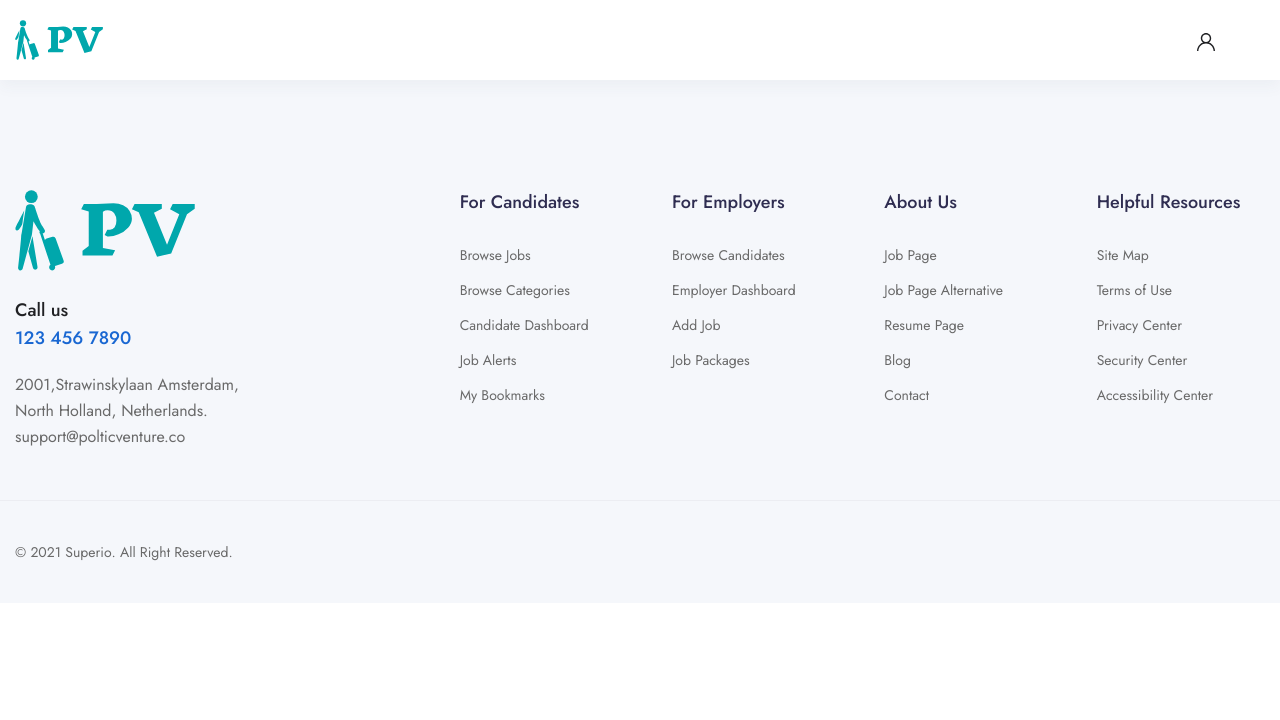
Repository: greatchriz/job
Page: http://localhost/about-us
These files come from the project's save history. The page is drawn as it stood at one moment and after the next save; the edit follows.
The browser window is 1280 px wide. The pictures show the whole page.
The page is served by the project's Laravel application, run on PHP 8.4 with Laravel 10. Other server files are loaded and not shown.

Above is the page before, as saved 2023-12-13 11:33:08.

### app/Providers/AppServiceProvider.php
<?php

namespace App\Providers;

use Illuminate\Support\ServiceProvider;
use Illuminate\Support\Facades\Schema;


class AppServiceProvider extends ServiceProvider
{
    /**
     * Register any application services.
     */
    public function register(): void
    {
        //
    }

    /**
     * Bootstrap any application services.
     */
    public function boot(): void
    {
        // Schema::defaultStringLength(191);
    }
}

### routes/web.php
<?php

use Illuminate\Support\Facades\Route;
use Illuminate\Support\Str;


/*
|--------------------------------------------------------------------------
| Web Routes
|--------------------------------------------------------------------------
|
| Here is where you can register web routes for your application. These
| routes are loaded by the RouteServiceProvider and all of them will
| be assigned to the "web" middleware group. Make something great!
|
*/

// Home
// About Us
// Services
// Terms & Conditions
// Privacy Policy
// Blog
// Contact Us
//

Route::get('/', [\App\Http\Controllers\MainPageController::class, 'home'])->name('home');

Route::get('/about-us', [\App\Http\Controllers\MainPageController::class, 'aboutUs'])->name('about-us');

Route::get('/services', [\App\Http\Controllers\MainPageController::class, 'services'])->name('services');

Route::get('/terms', [\App\Http\Controllers\MainPageController::class, 'terms'])->name('terms');

Route::get('/privacy-policy', [\App\Http\Controllers\MainPageController::class, 'privacyPolicy'])->name('privacy-policy');

Route::get('/blog', [\App\Http\Controllers\MainPageController::class, 'blog'])->name('blog');

Route::get('/contact-us', [\App\Http\Controllers\MainPageController::class, 'contactUs'])->name('contact-us');

Route::middleware([
    'auth:sanctum',
    config('jetstream.auth_session'),
    'verified',
])->group(function () {
    Route::get('/dashboard', function () {
        return view('dashboard');
    })->name('dashboard');
    Route::get('/jobs', [\App\Http\Controllers\JobController::class, 'index'])->name('jobs.index');
    Route::get('/jobs/{job}', [\App\Http\Controllers\JobController::class, 'show'])->name('jobs.show');

    Route::post('/job-applications', [\App\Http\Controllers\JobApplicationController::class, 'store'])->name('job-applications.store');

    Route::get('/admin/job-applications', [\App\Http\Controllers\AdminController::class, 'jobApplications'])->name('admin.job-applications');

    //form-inputs route
    Route::get('/admin/form-inputs', [\App\Http\Controllers\AdminController::class, 'formInputs'])->name('admin.form-inputs');

    //form-input edit route
    Route::get('/admin/form-inputs/{formInput}/edit', [\App\Http\Controllers\AdminController::class, 'formInputsEdit'])->name('admin.form-inputs.edit');

    Route::put('/admin/form-inputs/{formInput}/update', [\App\Http\Controllers\AdminController::class, 'formInputsUpdate'])->name('admin.form-inputs.update');

    Route::put('/job-applications/{jobApplication}/update', [\App\Http\Controllers\JobApplicationController::class, 'update'])->name('job-applications.update');

    //visa-apply route
    Route::get('/visa-apply', [\App\Http\Controllers\VisaController::class, 'create'])->name('visa-apply.create');

    Route::post('/visa-apply', [\App\Http\Controllers\VisaController::class, 'store'])->name('visas.store');
});

//get route for file contents










// Route::get('/jobs/create', [\App\Http\Controllers\JobController::class, 'create'])->name('jobs.create');
// Route::post('/jobs', [\App\Http\Controllers\JobController::class, 'store'])->name('jobs.store');
// Route::get('/jobs/{job}', [\App\Http\Controllers\JobController::class, 'show'])->name('jobs.show');
// Route::get('/jobs/{job}/edit', [\App\Http\Controllers\JobController::class, 'edit'])->name('jobs.edit');
// Route::put('/jobs/{job}', [\App\Http\Controllers\JobController::class, 'update'])->name('jobs.update');
// Route::delete('/jobs/{job}', [\App\Http\Controllers\JobController::class, 'destroy'])->name('jobs.destroy');

// apply for a job application


// Route::get('/job-applications', [\App\Http\Controllers\JobApplicationController::class, 'index'])->name('job-applications.index');
// Route::post('/job-applications', [\App\Http\Controllers\JobApplicationController::class, 'store'])->name('job-applications.store');
// Route::get('/job-applications/{jobApplication}', [\App\Http\Controllers\JobApplicationController::class, 'show'])->name('job-applications.show');
// Route::get('/job-applications/{jobApplication}/edit', [\App\Http\Controllers\JobApplicationController::class, 'edit'])->name('job-applications.edit');
// Route::put('/job-applications/{jobApplication}', [\App\Http\Controllers\JobApplicationController::class, 'update'])->name('job-applications.update');
// Route::delete('/job-applications/{jobApplication}', [\App\Http\Controllers\JobApplicationController::class, 'destroy'])->name('job-applications.destroy');

### app/Http/Controllers/MainPageController.php
<?php

namespace App\Http\Controllers;

use Illuminate\Http\Request;

class MainPageController extends Controller
{

    // Home
    // About Us
    // Services
    // Terms & Conditions
    // Privacy Policy
    // Blog
    // Contact Us

    //home

    public function home()
    {
        return view('main-pages.home');
    }

    //about-us

    public function aboutUs()
    {
        return view('main-pages.about-us');
    }

    //services

    public function services()
    {
        return view('main-pages.services');
    }

    //terms

    public function terms()
    {
        return view('main-pages.terms');
    }

    //privacy-policy

    public function privacyPolicy()
    {
        return view('main-pages.privacy-policy');
    }

    //blog

    public function blog()
    {
        return view('main-pages.blog');
    }

    //contact-us

    public function contactUs()
    {
        return view('main-pages.contact-us');
    }
}

### resources/views/main-pages/about-us.blade.php
<x-main-pages.layout>

    {{-- named slots oh header --}}

    @slot('mainHeader')
        <x-main-pages.header class="header-style-four" />

    @endslot

</x-main-pages.layout>

### resources/views/components/main-pages/header.blade.php
<!-- Main Header-->
<!-- create an attribues merge for the class-->

<header {{ $attributes->merge(['class' => 'main-header']) }}>
        <!-- Main box -->
        <div class="main-box">
            <!--Nav Outer -->
            <div class="nav-outer">
                <div class="logo-box">
                    <div class="logo"><a href="/"><img
                                src="/assets/images/header1-logo.svg"
                                height="90px"
                                width="180px"
                                alt=""
                                title=""
                            ></a></div>
                </div>

                <nav class="nav main-menu">
                    <ul
                        class="navigation"
                        id="navbar"
                    >

                        {{--Home
                            Terms & Conditions
                            Privacy Policy
                            Blog
                            Contact Us --}}

                        <x-main-pages.nav-link
                            :current="request()->routeIs('home')"
                            href="{{ route('home') }}"
                            title="Home"
                        />

                        <x-main-pages.nav-link
                            :current="request()->routeIs('about-us')"
                            href="{{ route('about-us') }}"
                            title="About Us"
                        />

                        <x-main-pages.nav-link
                            :current="request()->routeIs('services')"
                            href="{{ route('services') }}"
                            title="Services"
                        />

                        <x-main-pages.nav-link
                            :current="request()->routeIs('terms')"
                            href="{{ route('terms') }}"
                            title="Terms & Conditions"
                        />

                        <x-main-pages.nav-link
                            :current="request()->routeIs('privacy-policy')"
                            href="{{ route('privacy-policy') }}"
                            title="Privacy Policy"
                        />

                        <x-main-pages.nav-link
                            :current="request()->routeIs('blog')"
                            href="{{ route('blog') }}"
                            title="Blog"
                        />

                        <x-main-pages.nav-link
                            :current="request()->routeIs('contact-us')"
                            href="{{ route('contact-us') }}"
                            title="Contact Us"
                        />
                        <!-- Only for Mobile View -->
                        <li class="mm-add-listing">
                            <a
                                href="add-listing.html"
                                class="theme-btn btn-style-one"
                            >Job Post</a>
                            <span>
                                <span class="contact-info">
                                    <span class="phone-num"><span>Call us</span><a href="tel:1234567890">123 456
                                            7890</a></span>
                                    <span class="address">329 Queensberry Street, North Melbourne VIC <br>3051,
                                        Australia.</span>
                                    <a
                                        href="mailto:support@polticventure.co"
                                        class="email"
                                    >support@polticventure.co</a>
                                </span>
                                <span class="social-links">
                                    <a href="#"><span class="fab fa-facebook-f"></span></a>
                                    <a href="#"><span class="fab fa-twitter"></span></a>
                                    <a href="#"><span class="fab fa-instagram"></span></a>
                                    <a href="#"><span class="fab fa-linkedin-in"></span></a>
                                </span>
                            </span>
                        </li>
                    </ul>
                </nav>
                <!-- Main Menu End-->
            </div>

            <div class="outer-box">
                <!-- Login/Register -->
                <div class="btn-box">
                    <a
                        href="login-popup.html"
                        class="theme-btn btn-style-three btn-white-10 call-modal"
                    >Login / Register</a>
                    <a
                        href="dashboard-post-job.html"
                        class="theme-btn btn-style-one btn-white"
                    ><span class="btn-title">Job Post</span></a>
                </div>
            </div>
        </div>

    <!-- Mobile Header -->
    <div class="mobile-header">
        <div class="logo"><a href="/"><img
                    src="/assets/images/header1-logo.svg"
                    alt=""
                    title=""
                ></a></div>

        <!--Nav Box-->
        <div class="nav-outer clearfix">

            <div class="outer-box">
                <!-- Login/Register -->
                <div class="login-box">
                    <a
                        href="login-popup.html"
                        class="call-modal"
                    ><span class="icon-user"></span></a>
                </div>

                <a
                    href="#nav-mobile"
                    class="mobile-nav-toggler navbar-trigger"
                ><span class="flaticon-menu-1"></span></a>
            </div>
        </div>
    </div>

    <!-- Mobile Nav -->
    <div id="nav-mobile"></div>
</header>
<!--End Main Header -->

### resources/views/components/main-pages/nav-link.blade.php
@props(['current', 'href', 'title'])

@php
    $classes = ($current ?? false)
    ? 'current'
    : '';
@endphp

<li {{ $attributes->merge(['class' => $classes]) }}><a href="{{ $href }}">{{ $title }} </a></li>

### public/css/icons.css
@font-face {
  font-family: 'icomoon';
  src:  url('../fonts/icomoon06c8.eot?l8rg88');
  src:  url('../fonts/icomoon06c8.eot?l8rg88#iefix') format('embedded-opentype'),
    url('../fonts/icomoon06c8.ttf?l8rg88') format('truetype'),
    url('../fonts/icomoon06c8.woff?l8rg88') format('woff'),
    url('../fonts/icomoon06c8.svg?l8rg88#icomoon') format('svg');
  font-weight: normal;
  font-style: normal;
  font-display: block;
}

[class^="icon-"], [class*=" icon-"] {
  /* use !important to prevent issues with browser extensions that change fonts */
  font-family: 'icomoon' !important;
  speak: never;
  font-style: normal;
  font-weight: normal;
  font-variant: normal;
  text-transform: none;
  line-height: 1;

  /* Better Font Rendering =========== */
  -webkit-font-smoothing: antialiased;
  -moz-osx-font-smoothing: grayscale;
}

.icon-drawing:before {
  content: "\e903";
}
.icon-process:before {
  content: "\e904";
}
.icon-task:before {
  content: "\e905";
}
.icon-one-finger-click:before {
  content: "\e906";
}
.icon-case:before {
  content: "\e900";
}
.icon-contact:before {
  content: "\e901";
}
.icon-doc:before {
  content: "\e902";
}

### public/css/owl.css
/**
 * Owl Carousel v2.2.0
 * Copyright 2013-2016 David Deutsch
 * Licensed under MIT (https://github.com/OwlCarousel2/OwlCarousel2/blob/master/LICENSE)
 */
/*
 *  Owl Carousel - Core
 */
.owl-carousel {
  display: none;
  width: 100%;
  -webkit-tap-highlight-color: transparent;
  /* position relative and z-index fix webkit rendering fonts issue */
  position: relative;
  z-index: 1; }
  .owl-carousel .owl-stage {
    position: relative;
    -ms-touch-action: pan-Y; }
  .owl-carousel .owl-stage:after {
    content: ".";
    display: block;
    clear: both;
    visibility: hidden;
    line-height: 0;
    height: 0; }
  .owl-carousel .owl-stage-outer {
    position: relative;
    overflow: hidden;
    /* fix for flashing background */
    -webkit-transform: translate3d(0px, 0px, 0px); }
  .owl-carousel .owl-item {
    position: relative;
    min-height: 1px;
    float: left;
    -webkit-backface-visibility: hidden;
    -webkit-tap-highlight-color: transparent;
    -webkit-touch-callout: none; }
  .owl-carousel .owl-item img {
    display: block;
    width: 100%;
    -webkit-transform-style: preserve-3d; }
  .owl-carousel .owl-nav.disabled,
  .owl-carousel .owl-dots.disabled {
    display: none; }
  .owl-carousel .owl-nav .owl-prev,
  .owl-carousel .owl-nav .owl-next,
  .owl-carousel .owl-dot {
    cursor: pointer;
    cursor: hand;
    -webkit-user-select: none;
    -khtml-user-select: none;
    -moz-user-select: none;
    -ms-user-select: none;
    user-select: none; }
  .owl-carousel.owl-loaded {
    display: block; }
  .owl-carousel.owl-loading {
    opacity: 0;
    display: block; }
  .owl-carousel.owl-hidden {
    opacity: 0; }
  .owl-carousel.owl-refresh .owl-item {
    visibility: hidden; }
  .owl-carousel.owl-drag .owl-item {
    -webkit-user-select: none;
    -moz-user-select: none;
    -ms-user-select: none;
    user-select: none; }
  .owl-carousel.owl-grab {
    cursor: move;
    cursor: grab; }
  .owl-carousel.owl-rtl {
    direction: rtl; }
  .owl-carousel.owl-rtl .owl-item {
    float: right; }

/* No Js */
.no-js .owl-carousel {
  display: block; }

/*
 *  Owl Carousel - Animate Plugin
 */
.owl-carousel .animated {
  -webkit-animation-duration: 1000ms;
          animation-duration: 1000ms;
  -webkit-animation-fill-mode: both;
          animation-fill-mode: both; }

.owl-carousel .owl-animated-in {
  z-index: 0; }

.owl-carousel .owl-animated-out {
  z-index: 1; }

.owl-carousel .fadeOut {
  -webkit-animation-name: fadeOut;
          animation-name: fadeOut; }

@-webkit-keyframes fadeOut {
  0% {
    opacity: 1; }
  100% {
    opacity: 0; } }

@keyframes fadeOut {
  0% {
    opacity: 1; }
  100% {
    opacity: 0; } }

/*
 * 	Owl Carousel - Auto Height Plugin
 */
.owl-height {
  transition: height 500ms ease-in-out; }

/*
 * 	Owl Carousel - Lazy Load Plugin
 */
.owl-carousel .owl-item .owl-lazy {
  opacity: 0;
  transition: opacity 400ms ease; }

.owl-carousel .owl-item img.owl-lazy {
  -webkit-transform-style: preserve-3d;
          transform-style: preserve-3d; }

/*
 * 	Owl Carousel - Video Plugin
 */
.owl-carousel .owl-video-wrapper {
  position: relative;
  height: 100%;
  background: #000; }

.owl-carousel .owl-video-play-icon {
  position: absolute;
  height: 80px;
  width: 80px;
  left: 50%;
  top: 50%;
  margin-left: -40px;
  margin-top: -40px;
  background: url("owl.video.play.html") no-repeat;
  cursor: pointer;
  z-index: 1;
  -webkit-backface-visibility: hidden;
  transition: -webkit-transform 100ms ease;
  transition: transform 100ms ease; }

.owl-carousel .owl-video-play-icon:hover {
  -webkit-transform: scale(1.3, 1.3);
      -ms-transform: scale(1.3, 1.3);
          transform: scale(1.3, 1.3); }

.owl-carousel .owl-video-playing .owl-video-tn,
.owl-carousel .owl-video-playing .owl-video-play-icon {
  display: none; }

.owl-carousel .owl-video-tn {
  opacity: 0;
  height: 100%;
  background-position: center center;
  background-repeat: no-repeat;
  background-size: contain;
  transition: opacity 400ms ease; }

.owl-carousel .owl-video-frame {
  position: relative;
  z-index: 1;
  height: 100%;
  width: 100%; }

### resources/views/components/main-pages/page-title.blade.php
@props(['pageTitle'])

<!--Page Title-->
<section class="page-title">
    <div class="auto-container">
      <div class="title-outer">
        <h1>{{ $pageTitle }}</h1>
        <ul class="page-breadcrumb">
          <li><a href="{{ route('home') }}">Home</a></li>
          <li>{{ $pageTitle }}</li>
        </ul>
      </div>
    </div>
  </section>
  <!--End Page Title-->

Loaded but not shown: app/Http/Controllers/Controller.php (common file); public/css/bootstrap.css (library); public/css/style.css (library); public/js/jquery.js (library); public/js/popper.min.js (library); public/js/chosen.min.js (library); public/js/bootstrap.min.js (library); public/js/jquery.fancybox.js (library); public/js/jquery.modal.min.js (library); public/js/mmenu.js (library); public/js/anm.min.js (common file); public/js/ScrollMagic.min.js (library); public/js/rellax.min.js (library); public/js/wow.js (library); public/css/fontawesome-all.css (library); public/css/animate.css (library); public/css/jquery-ui.min.css (library); public/css/select2.min.css (library); public/css/jquery.modal.min.css (library); public/css/mmenu.css (library); public/css/jquery.fancybox.min.css (library); public/assets/images/header1-logo.svg (1 lines, source omitted); public/images/icons/user.svg (3 lines, source omitted); public/images/index-13/footer/bg.svg (3 lines, source omitted); public/js/owl.js (3273 lines, source omitted); public/js/script.js (1112 lines, source omitted); public/js/mmenu.polyfills.js (150 lines, source omitted); public/js/appear.js (151 lines, source omitted); public/css/line-awesome.css (6582 lines, source omitted); public/css/responsive.css (2372 lines, source omitted); public/css/flaticon.css (259 lines, source omitted); resources/views/components/main-pages/layout.blade.php (202 lines, source omitted); public/css/chosen.css (388 lines, source omitted)

After the next save:
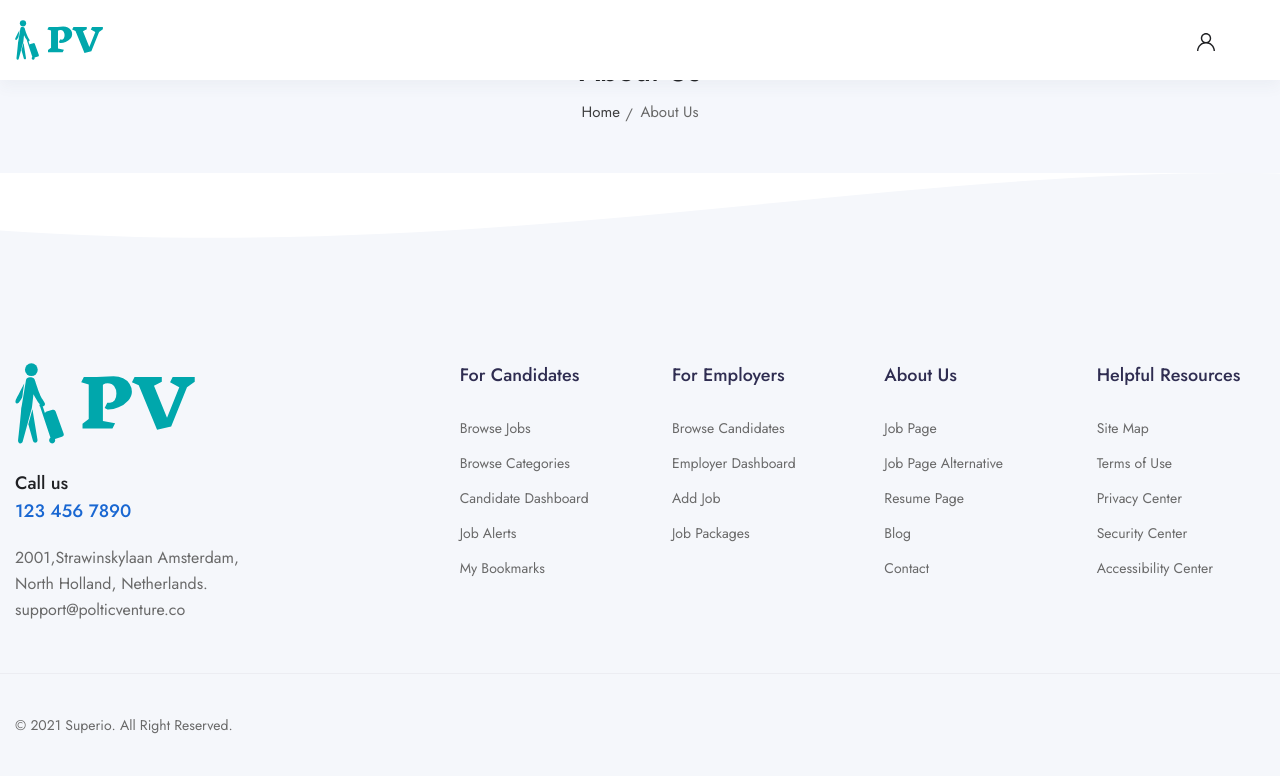
Saved 2 min 11 s later.
--- a/resources/views/main-pages/about-us.blade.php
+++ b/resources/views/main-pages/about-us.blade.php
@@ -7,4 +7,7 @@
 
     @endslot
 
+    <!-- Page Title -->
+    <x-main-pages.page-title pageTitle="About Us" />
+
 </x-main-pages.layout>
